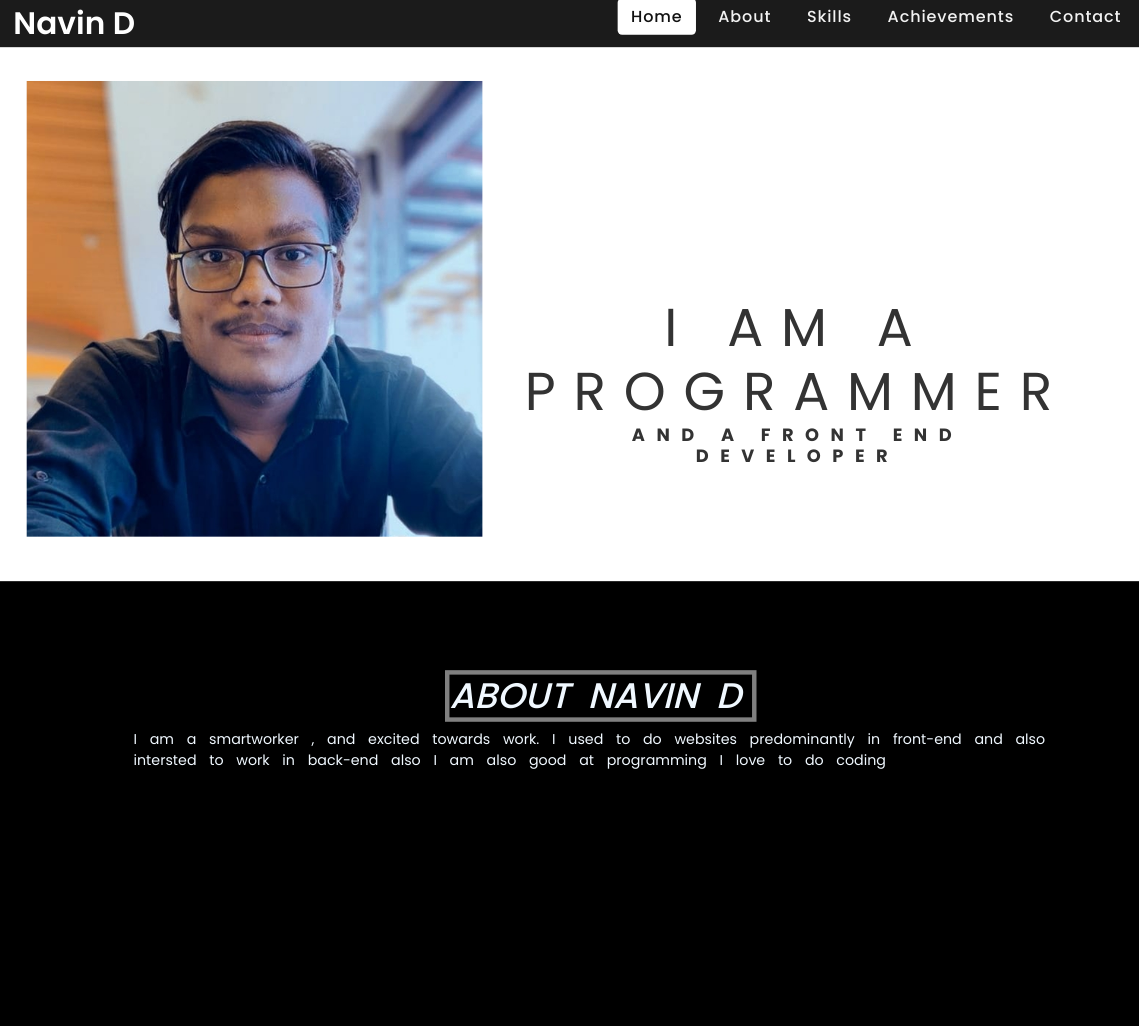
Repository: NavinDayanithi/OIBSIP
Page: Portfolio/index.html
The author's editor kept a copy of each file at every save. The page is drawn from the files as they stood at one save, then again after the next save.
The browser window is 1280 px wide. The pictures show the whole page, at 89% of full size.

Above is the page before, as saved 2023-02-20 19:12:29.
Console error: TypeError: Cannot read properties of undefined (reading 'fn')

After the next save:
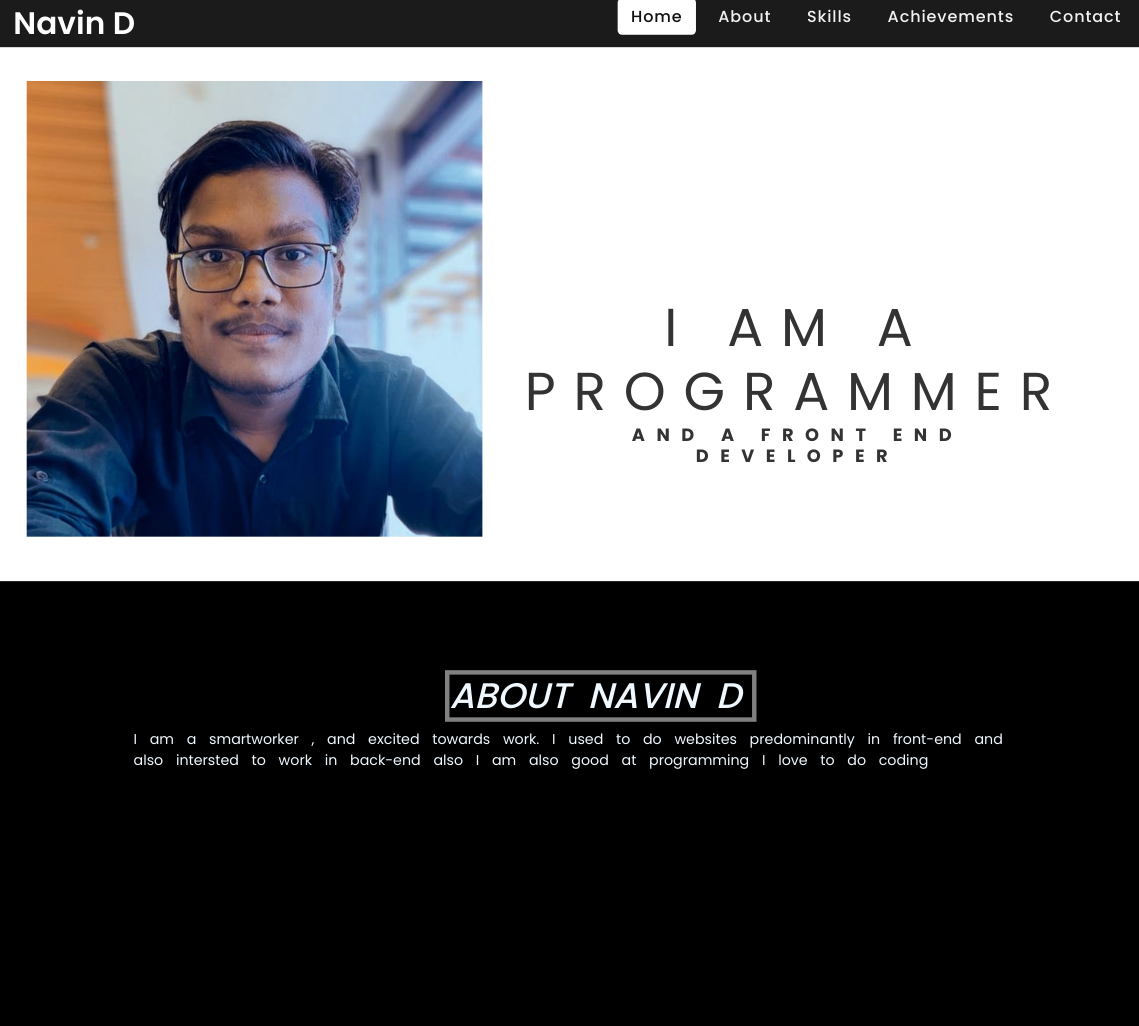
Saved 7 s later.
--- a/Portfolio/style.css
+++ b/Portfolio/style.css
@@ -215,7 +215,7 @@
  .about-text {
   padding-top: 100px;
    padding-left: 150px;
-   padding-right: 50px;
+   padding-right: 150px;
    word-spacing: 10px;
 }
 .about-text h1{
